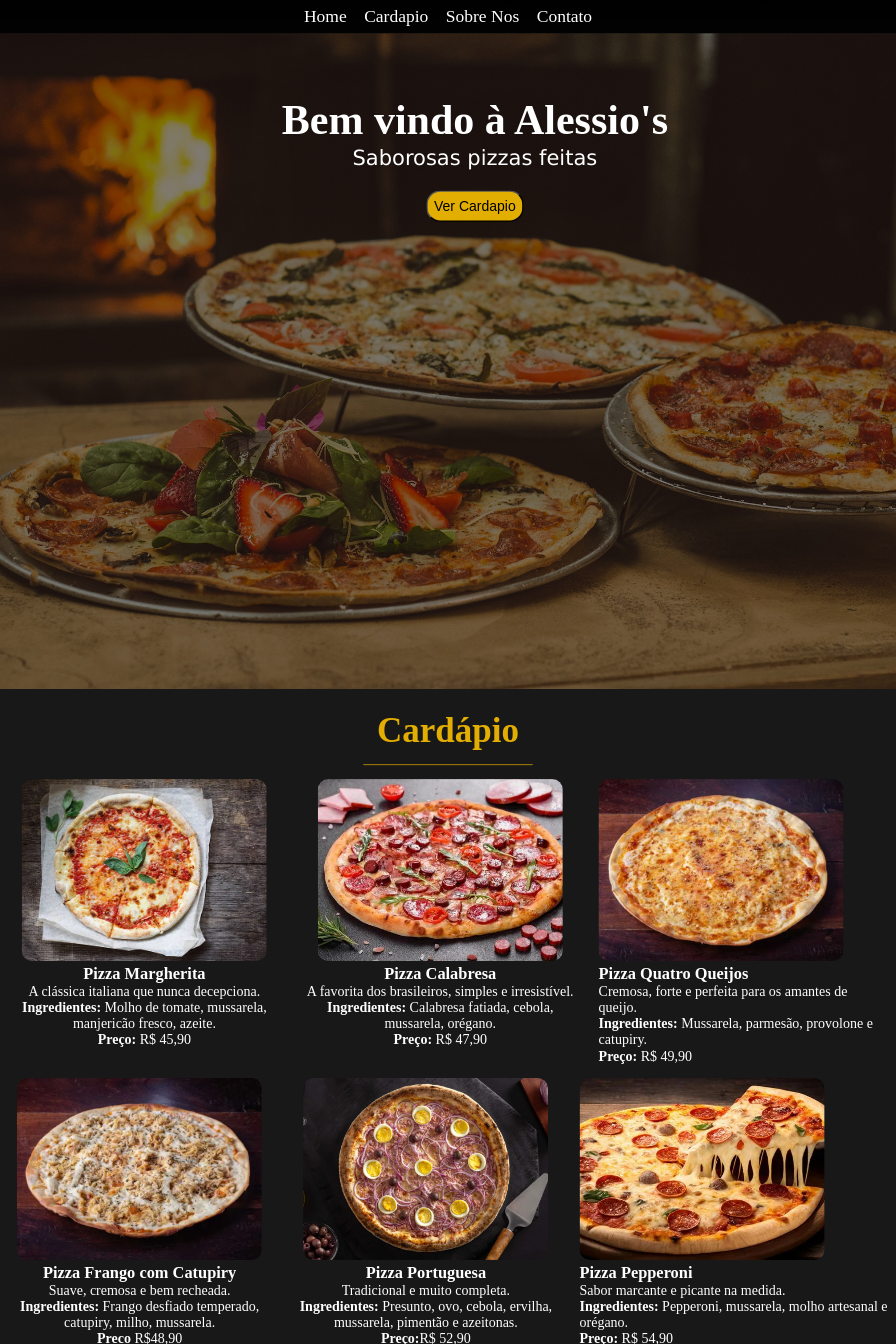
Repository: Mateushlp/landing-page-pizza
Page: index.html
These files come from the project's save history. The page is drawn as it stood at one moment and after a run of saves; the edit follows.
The browser window is 1280 px wide. The pictures show the part of the page from y = 0 to 1920 px (the page is 2958 px tall before and 2814 px after), at 70% of full size.

Above is the page before, as saved 2026-05-03 11:43:04.

After the next 2 saves:
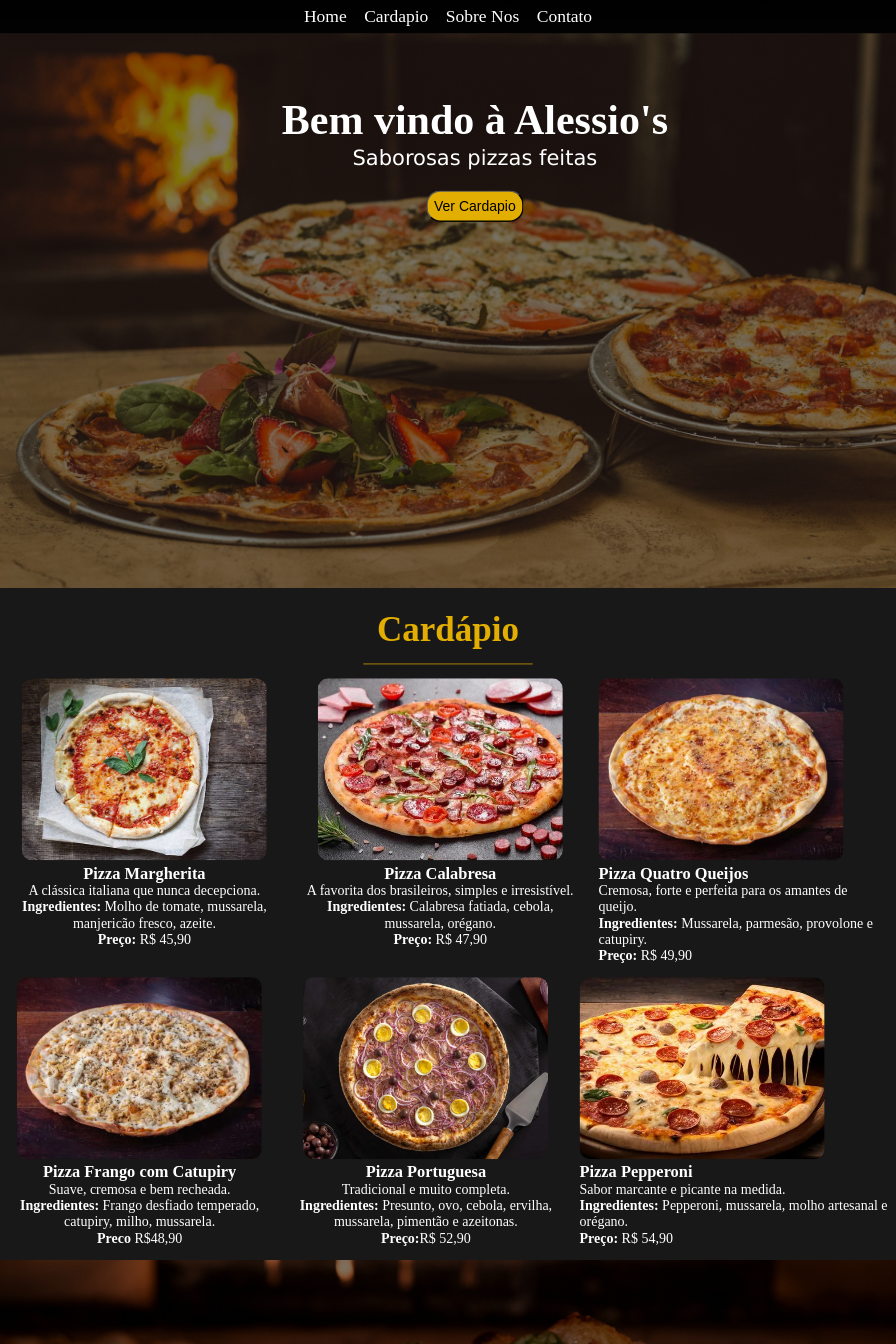
The 2 saves are shown as one change because they came seconds apart.
The last was saved 45 s later.
--- a/style.css
+++ b/style.css
@@ -37,7 +37,7 @@ nav ul a:hover{
         url(./img/background-meio.jpg);
     background-size: cover;
     background-position: center;
-    height: 130vh;
+    height: 110vh;
 }
 
 .texto{
